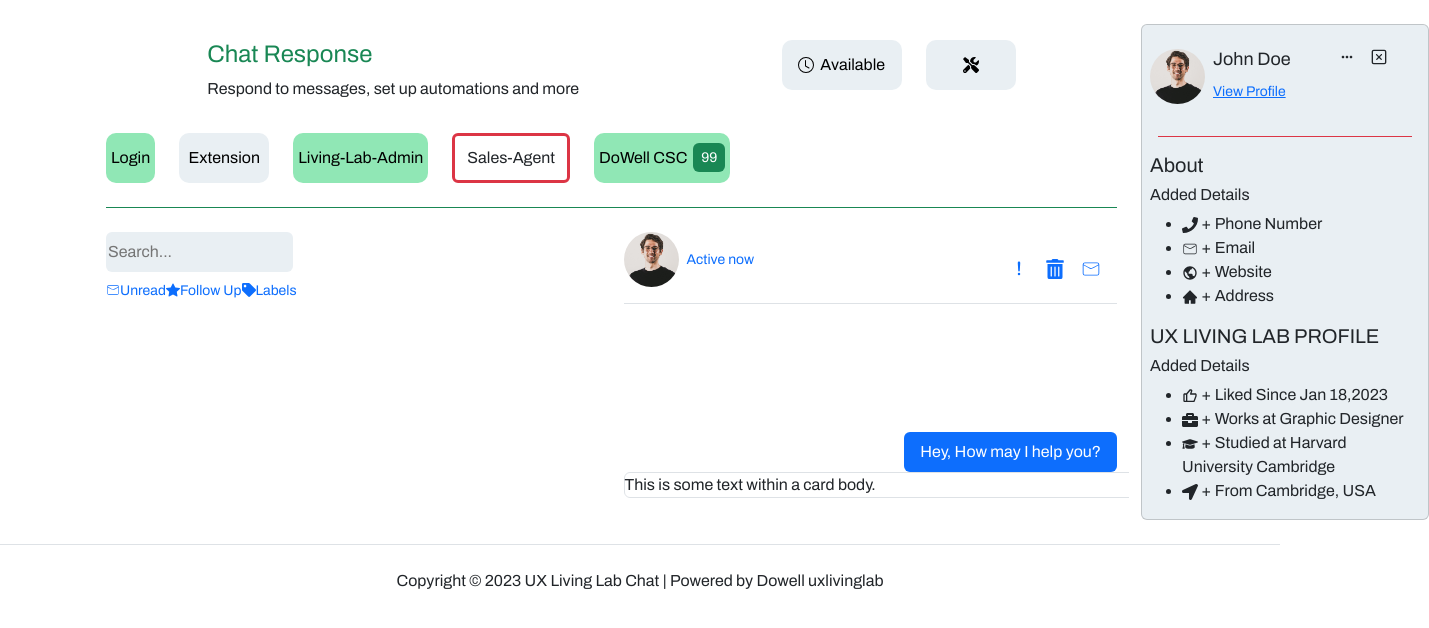
Repository: uh-sman/UX-Living-Lab-Chat
Page: /
An editor plug-in stored every save of this project. The page is shown before and after the next save, followed by the edit.
The browser window is 1280 px wide. The page is 1429 px wide, then 1280 px, so the pictures cover 1429 px, including what lies to the right of the window. The pictures show the whole page.
The project was rebuilt for these pictures with package versions that can differ from the ones it lists, and the page was loaded fresh each time.

Above is the page before, as saved 2023-05-10 19:07:02.

After the next save:
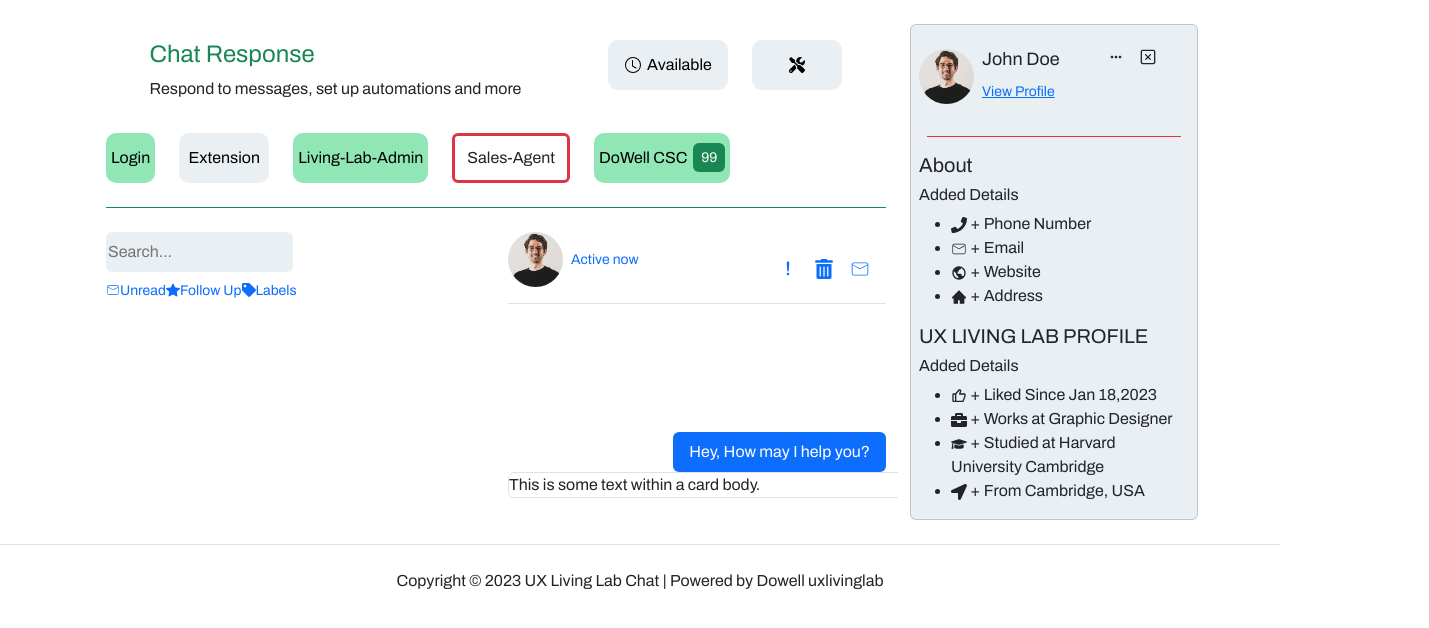
Saved 13 s later.
--- a/src/container/Chats/message/ReplyChat.jsx
+++ b/src/container/Chats/message/ReplyChat.jsx
@@ -3,7 +3,7 @@ import React from "react";
 const ReplyChat = () => {
   return (
     <div>
-      <div class="border rounded" style={{ width: "50rem" }}>
+      <div class="border rounded" style={{ width: "30rem" }}>
         <div class="card-body">This is some text within a card body.</div>
       </div>
     </div>
